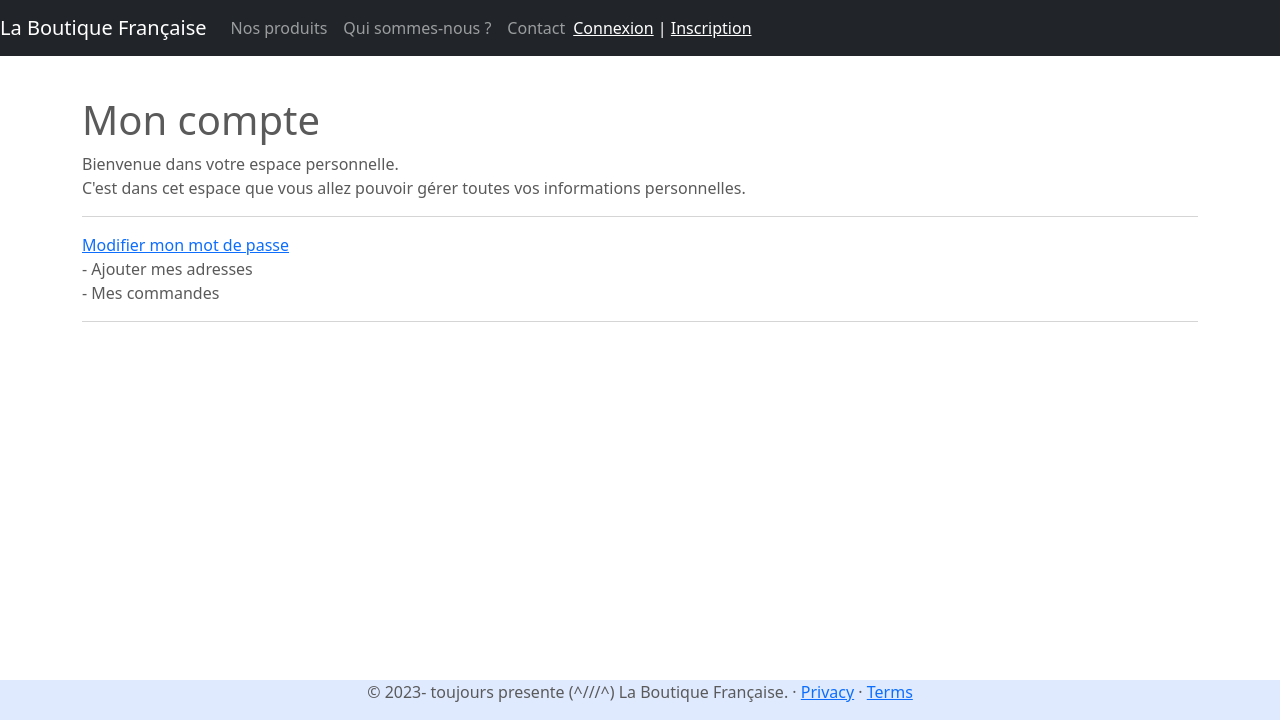
Repository: Coulibaly00180/laboutiquefrancaise
Page: templates/account/index.html.twig
The author's editor kept a copy of each file at every save. The page is drawn from the files as they stood at one save, then again after the next save.
The browser window is 1280 px wide. The pictures show the whole page.
The page is a Twig template of a Symfony application; nobody is signed in and links lead nowhere. The template is opened directly, without the code that normally fills it, so the values that code supplies are empty.

Above is the page before, as saved 2023-03-03 17:53:09.

### templates/account/index.html.twig
{% extends 'base.html.twig' %}

{% block title %}Mon compte - La Boutique Française{% endblock %}

{% block content %}
    <h1>Mon compte</h1>
    Bienvenue {{ app.user.firstName}} dans votre espace personnelle. <br>
    C'est dans cet espace que vous allez pouvoir gérer toutes vos informations personnelles.<br>
    <hr>
    <a href="{{ path('app_account_password') }}">Modifier mon mot de passe</a> <br>
    -   Ajouter mes adresses<br>
    -   Mes commandes<br>
    <hr>
{% endblock %}

### templates/base.html.twig
<!doctype html>
<html lang="fr">
<head>
    <meta charset="utf-8">
    <meta name="viewport" content="width=device-width, initial-scale=1, shrink-to-fit=no">
    <meta name="description" content="">
    <meta name="author" content="Coulibaly Abdoulaye Christian">
    <meta name="generator" content="Jekyll v4.1.1">
    <title>{% block title %}La Boutique Française - 100% Made in French{% endblock %}</title>

    <!-- Bootstrap core CSS -->
    <link href="{{ asset('assets/css/bootstrap.min.css') }}" rel="stylesheet">
    <link href="{{ asset('assets/css/style.css') }}" rel="stylesheet">

    <style>
        .bd-placeholder-img {
            font-size: 1.125rem;
            text-anchor: middle;
            -webkit-user-select: none;
            -moz-user-select: none;
            -ms-user-select: none;
            user-select: none;
        }

        @media (min-width: 768px) {
            .bd-placeholder-img-lg {
                font-size: 3.5rem;
            }
        }
    </style>
    <!-- Custom styles for this template -->
    <link href="{{ asset('assets/css/carousel.css') }}" rel="stylesheet">
</head>
<body>
    <header>
        <nav class="navbar navbar-expand-md navbar-dark fixed-top bg-dark">
            <a class="navbar-brand" href="{{path('app_home') }}">La Boutique Française</a>
            <button class="navbar-toggler" type="button" data-toggle="collapse" data-target="#navbarCollapse" aria-controls="navbarCollapse" aria-expanded="false" aria-label="Toggle navigation">
                <span class="navbar-toggler-icon"></span>
            </button>
            <div class="collapse navbar-collapse" id="navbarCollapse">
                <ul class="navbar-nav mr-auto">
                    <li class="nav-item active">
                        <a class="nav-link" href="#">Nos produits</a>
                    </li>
                    <li class="nav-item">
                        <a class="nav-link" href="#">Qui sommes-nous ?</a>
                    </li>
                    <li class="nav-item">
                        <a class="nav-link" href="#">Contact</a>
                    </li>
                </ul>

                <div class="navbar-item-custom">
                    {% if app.user %}
                        <a href=" {{path('app_account') }}">Mon compte <small>( {{app.user.lastName}} )</small></a> | <a href=" {{ path('app_logout') }}">Déconnexion</a>
                    {% else %}
                        <a href=" {{ path('app_login') }}">Connexion</a> | <a href="{{ path('app_register') }}">Inscription</a>
                    {% endif %}
                </div>

            </div>
        </nav>
    </header>

    <main role="main">

        {% if block('carousel') is defined %}

        <div id="myCarousel" class="carousel slide" data-ride="carousel">
            <ol class="carousel-indicators">
                <li data-target="#myCarousel" data-slide-to="0" class="active"></li>
                <li data-target="#myCarousel" data-slide-to="1"></li>
                <li data-target="#myCarousel" data-slide-to="2"></li>
            </ol>
            <div class="carousel-inner">
                <div class="carousel-item active">
                    <svg class="bd-placeholder-img" width="100%" height="100%" xmlns="http://www.w3.org/2000/svg" preserveAspectRatio="xMidYMid slice" focusable="false" role="img"><rect width="100%" height="100%" fill="#777"/></svg>
                    <div class="container">
                        <div class="carousel-caption text-left">
                            <h1>Example headline.</h1>
                            <p>Cras justo odio, dapibus ac facilisis in, egestas eget quam. Donec id elit non mi porta gravida at eget metus. Nullam id dolor id nibh ultricies vehicula ut id elit.</p>
                            <p><a class="btn btn-lg btn-primary" href="#" role="button">Sign up today</a></p>
                        </div>
                    </div>
                </div>
                <div class="carousel-item">
                    <svg class="bd-placeholder-img" width="100%" height="100%" xmlns="http://www.w3.org/2000/svg" preserveAspectRatio="xMidYMid slice" focusable="false" role="img"><rect width="100%" height="100%" fill="#777"/></svg>
                    <div class="container">
                        <div class="carousel-caption">
                            <h1>Another example headline.</h1>
                            <p>Cras justo odio, dapibus ac facilisis in, egestas eget quam. Donec id elit non mi porta gravida at eget metus. Nullam id dolor id nibh ultricies vehicula ut id elit.</p>
                            <p><a class="btn btn-lg btn-primary" href="#" role="button">Learn more</a></p>
                        </div>
                    </div>
                </div>
                <div class="carousel-item">
                    <svg class="bd-placeholder-img" width="100%" height="100%" xmlns="http://www.w3.org/2000/svg" preserveAspectRatio="xMidYMid slice" focusable="false" role="img"><rect width="100%" height="100%" fill="#777"/></svg>
                    <div class="container">
                        <div class="carousel-caption text-right">
                            <h1>One more for good measure.</h1>
                            <p>Cras justo odio, dapibus ac facilisis in, egestas eget quam. Donec id elit non mi porta gravida at eget metus. Nullam id dolor id nibh ultricies vehicula ut id elit.</p>
                            <p><a class="btn btn-lg btn-primary" href="#" role="button">Browse gallery</a></p>
                        </div>
                    </div>
                </div>
            </div>
            <a class="carousel-control-prev" href="#myCarousel" role="button" data-slide="prev">
                <span class="carousel-control-prev-icon" aria-hidden="true"></span>
                <span class="sr-only">Previous</span>
            </a>
            <a class="carousel-control-next" href="#myCarousel" role="button" data-slide="next">
                <span class="carousel-control-next-icon" aria-hidden="true"></span>
                <span class="sr-only">Next</span>
            </a>
        </div>

        {% endif %}


        <!-- Marketing messaging and featurettes
        ================================================== -->
        <!-- Wrap the rest of the page in another container to center all the content. -->

        <div class="container marketing {% if block('carousel') is not defined %} mt-5 {% endif %}">

            {% block content %}

            {% endblock %}

        </div><!-- /.container -->

        <!-- FOOTER -->
        <footer class="footer-custom">
            <p>&copy; 2023- toujours presente (^///^) La Boutique Française. &middot; <a href="#">Privacy</a> &middot; <a href="#">Terms</a></p>
        </footer>
    </main>
    <script src="https://code.jquery.com/jquery-3.5.1.slim.min.js"></script>
    <script src="{{ asset('assets/js/bootstrap.bundle.js') }}"></script>
</body>
</html>

### public/assets/css/style.css
.navbar-item-custom, .navbar-item-custom a{
    color: #fff;
}

.footer-custom{
    text-align: center;
    position: absolute;
    bottom: 0;
    width: 100%;
    background-color: #dfeaff;
}

### public/assets/css/carousel.css
/* GLOBAL STYLES
-------------------------------------------------- */
/* Padding below the footer and lighter body text */

body {
    padding-top: 3rem;
    padding-bottom: 3rem;
    color: #5a5a5a;
}


/* CUSTOMIZE THE CAROUSEL
-------------------------------------------------- */

/* Carousel base class */
.carousel {
    margin-bottom: 4rem;
}
/* Since positioning the image, we need to help out the caption */
.carousel-caption {
    bottom: 3rem;
    z-index: 10;
}

/* Declare heights because of positioning of img element */
.carousel-item {
    height: 32rem;
}
.carousel-item > img {
    position: absolute;
    top: 0;
    left: 0;
    min-width: 100%;
    height: 32rem;
}


/* MARKETING CONTENT
-------------------------------------------------- */

/* Center align the text within the three columns below the carousel */
.marketing .col-lg-4 {
    margin-bottom: 1.5rem;
    text-align: center;
}
.marketing h2 {
    font-weight: 400;
}
.marketing .col-lg-4 p {
    margin-right: .75rem;
    margin-left: .75rem;
}


/* Featurettes
------------------------- */

.featurette-divider {
    margin: 5rem 0; /* Space out the Bootstrap <hr> more */
}

/* Thin out the marketing headings */
.featurette-heading {
    font-weight: 300;
    line-height: 1;
    letter-spacing: -.05rem;
}


/* RESPONSIVE CSS
-------------------------------------------------- */

@media (min-width: 40em) {
    /* Bump up size of carousel content */
    .carousel-caption p {
        margin-bottom: 1.25rem;
        font-size: 1.25rem;
        line-height: 1.4;
    }

    .featurette-heading {
        font-size: 50px;
    }
}

@media (min-width: 62em) {
    .featurette-heading {
        margin-top: 7rem;
    }
}

Loaded but not shown: public/assets/css/bootstrap.min.css (library); public/assets/js/bootstrap.bundle.js (library)

After the next save:
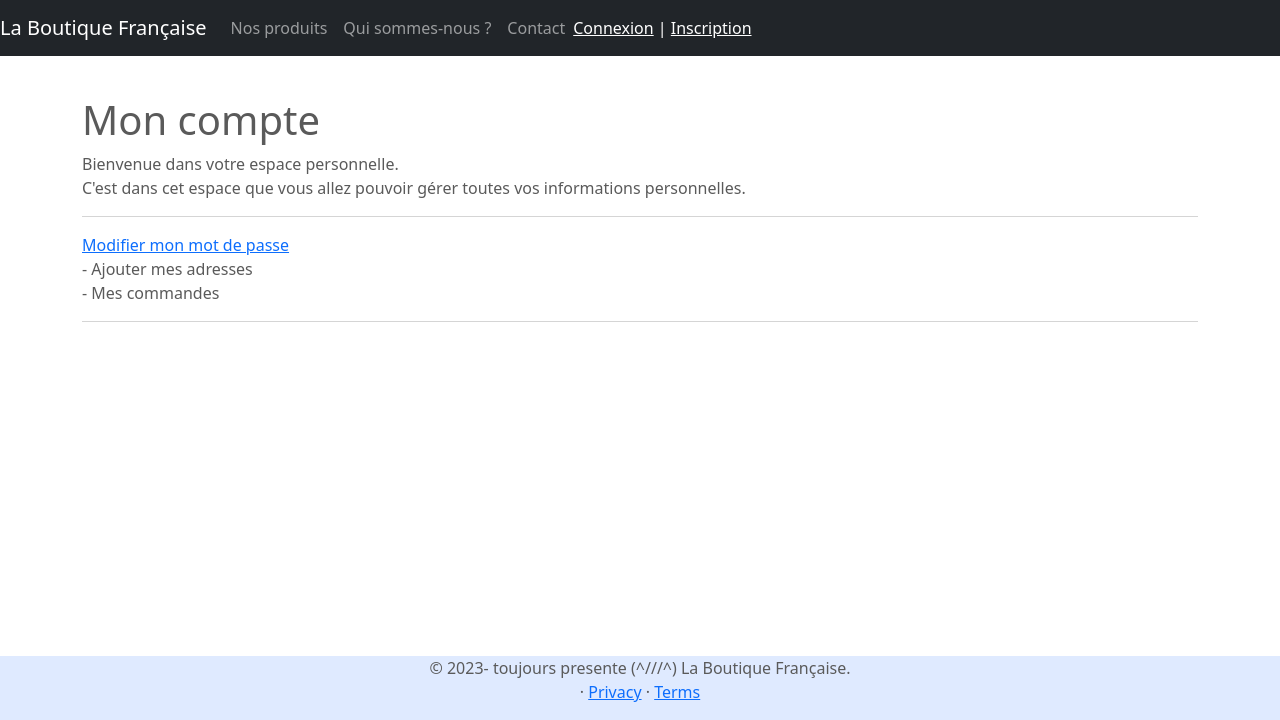
Saved 12 s later.
--- a/templates/base.html.twig
+++ b/templates/base.html.twig
@@ -132,7 +132,8 @@
 
         <!-- FOOTER -->
         <footer class="footer-custom">
-            <p>&copy; 2023- toujours presente (^///^) La Boutique Française. &middot; <a href="#">Privacy</a> &middot; <a href="#">Terms</a></p>
+            <p>&copy; 2023- toujours presente (^///^) La Boutique Française. <br>
+            &middot; <a href="#">Privacy</a> &middot; <a href="#">Terms</a></p>
         </footer>
     </main>
     <script src="https://code.jquery.com/jquery-3.5.1.slim.min.js"></script>
